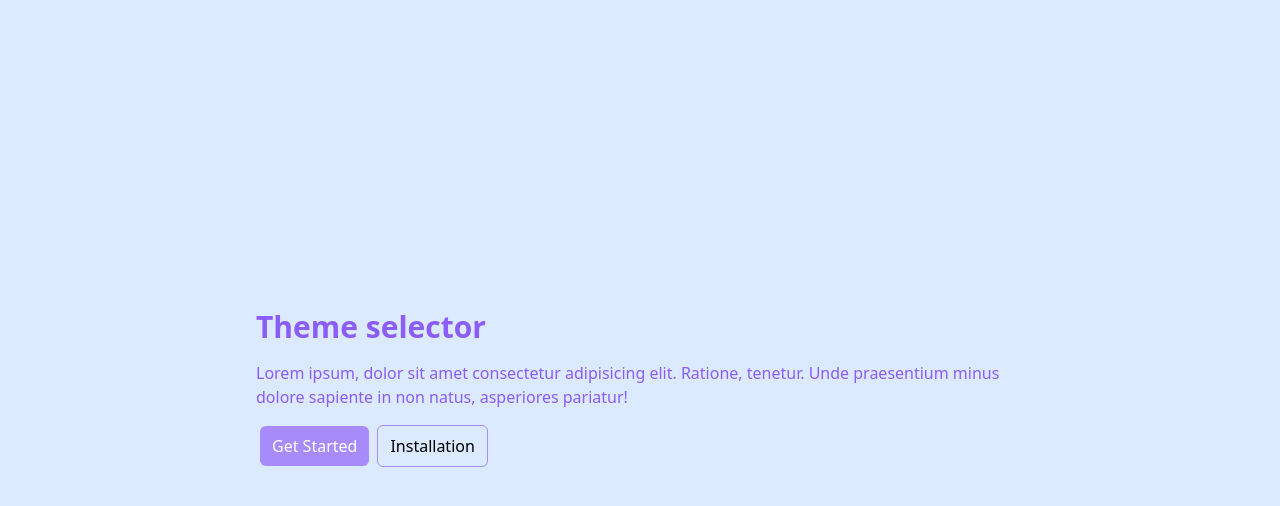
Repository: prince-bansal/tailwind-theme-switcher
Page: /
An editor plug-in stored every save of this project. The page is shown before and after the next save, followed by the edit.
The browser window is 1280 px wide. The pictures show the whole page.
The project was rebuilt for these pictures with package versions that can differ from the ones it lists, and the page was loaded fresh each time. Also part of the build but not shown: vite.config.ts, src/index.css.

Above is the page before, as saved 2024-03-17 19:41:14.

### src/App.tsx
import { useState } from 'react';
import './App.css'

function App() {

  const [theme, setTheme] = useState('red')

  return (
    <div
      className={`theme-${theme} bg-fill min-h-screen flex items-center justify-center`}
    >
      <div className="w-[60%] m-auto">
        <div className="flex">
          {["red", "blue", "green"].map((color) => (
            <div
              onClick={() => setTheme(color)}
              className={`cursor-pointer h-10 rounded-full w-10 bg-${color}-500 mx-1`}
            ></div>
          ))}
        </div>
        <h1 className="text-3xl text-heading my-4 font-bold">Theme selector</h1>
        <p className="text-heading">
          Lorem ipsum, dolor sit amet consectetur adipisicing elit. Ratione,
          tenetur. Unde praesentium minus dolore sapiente in non natus,
          asperiores pariatur!
        </p>
        <button className="mt-4 bg-primary text-white p-2 px-3 mx-1 rounded-md">
          Get Started
        </button>
        <button className="mt-4 border-primary border p-2 px-3 mx-1 rounded-md">
          Installation
        </button>
      </div>{" "}
    </div>
  );
}

export default App

### src/App.css
@tailwind base;
@tailwind components;
@tailwind utilities;

@layer base{
    :root {
        --heading-color: rgb(139 92 246);
        --bg-fill: rgb(219 234 254);
        --bg-button-accent: rgb(167 139 250);
        --border-color:rgb(167 139 250);;
    }
    .theme-blue{
        --heading-color: rgb(30 58 138);
        --bg-fill: rgb(219 234 254);
        --bg-button-accent: rgb(167 139 250);
        --border-color: rgb(147 197 253);
    }

    .theme-red{
        --heading-color: rgb(220 38 38);
        --bg-fill: rgb(254 226 226);
        --bg-button-accent: rgb(252 165 165);
        --border-color: rgb(252 165 165);
    }

    .theme-green{
        --heading-color: rgb(21 128 61);
        --bg-fill: rgb(220 252 231);
        --bg-button-accent: rgb(134 239 172);
        --border-color: rgb(134 239 172);
    }


}

### tailwind.config.js
/** @type {import('tailwindcss').Config} */
export default {
  content: ["./index.html", "./src/**/*.{js,ts,jsx,tsx}"],
  theme: {
    extend: {
      colors: {
        heading: "var(--heading-color)",
      },
      backgroundColor: {
        "btn-accent": "var(--bg-button-accent)",
        fill: "var(--bg-fill)",
        primary: "var(--border-color)",
      },
      borderColor: {
        primary: "var(--border-color)",
      },
    },
  },
  plugins: [],
};

Loaded but not shown: index.html (common file); src/main.tsx (common file)

After the next save:
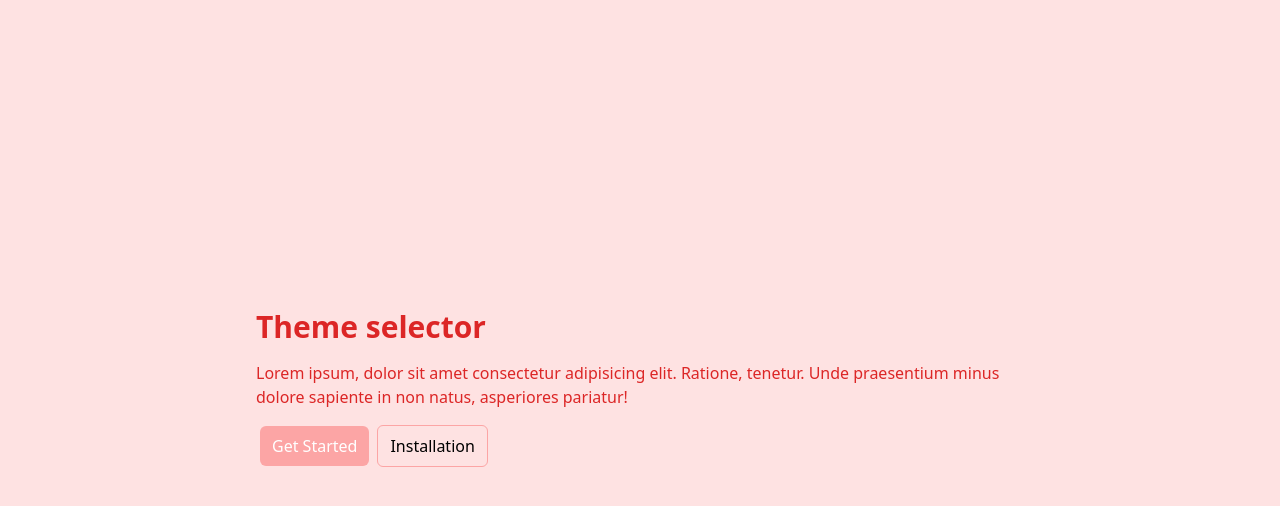
Saved 9 s later.
--- a/src/App.tsx
+++ b/src/App.tsx
@@ -7,7 +7,7 @@
 
   return (
     <div
-      className={`theme-${theme} bg-fill min-h-screen flex items-center justify-center`}
+      className={`theme-red bg-fill min-h-screen flex items-center justify-center`}
     >
       <div className="w-[60%] m-auto">
         <div className="flex">

After the save that followed:
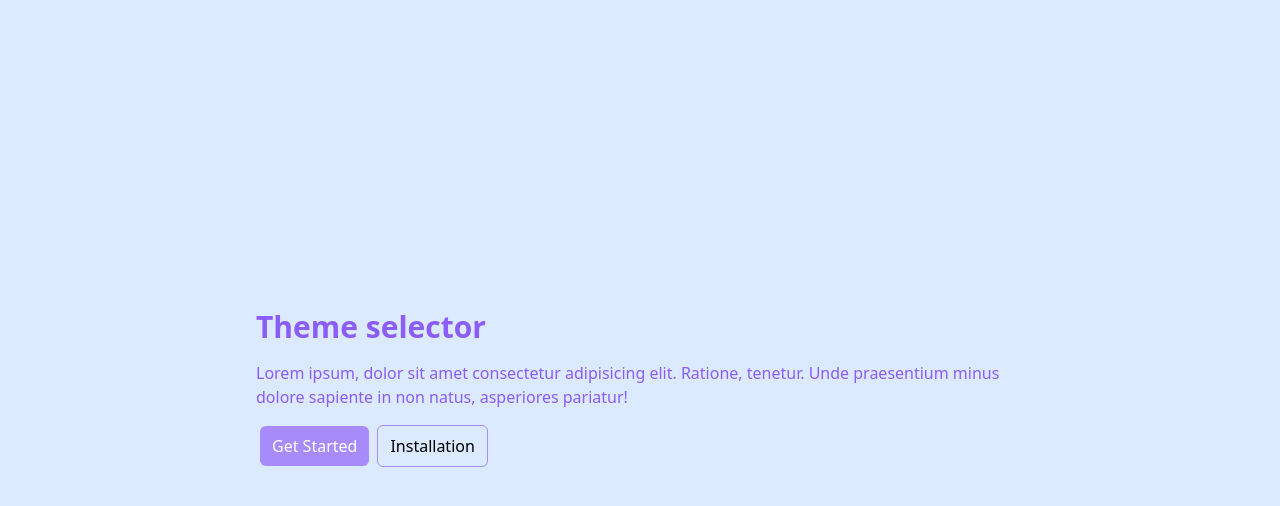
Saved 5 s later.
--- a/src/App.tsx
+++ b/src/App.tsx
@@ -7,7 +7,7 @@
 
   return (
     <div
-      className={`theme-red bg-fill min-h-screen flex items-center justify-center`}
+      className={`theme-${theme} bg-fill min-h-screen flex items-center justify-center`}
     >
       <div className="w-[60%] m-auto">
         <div className="flex">
